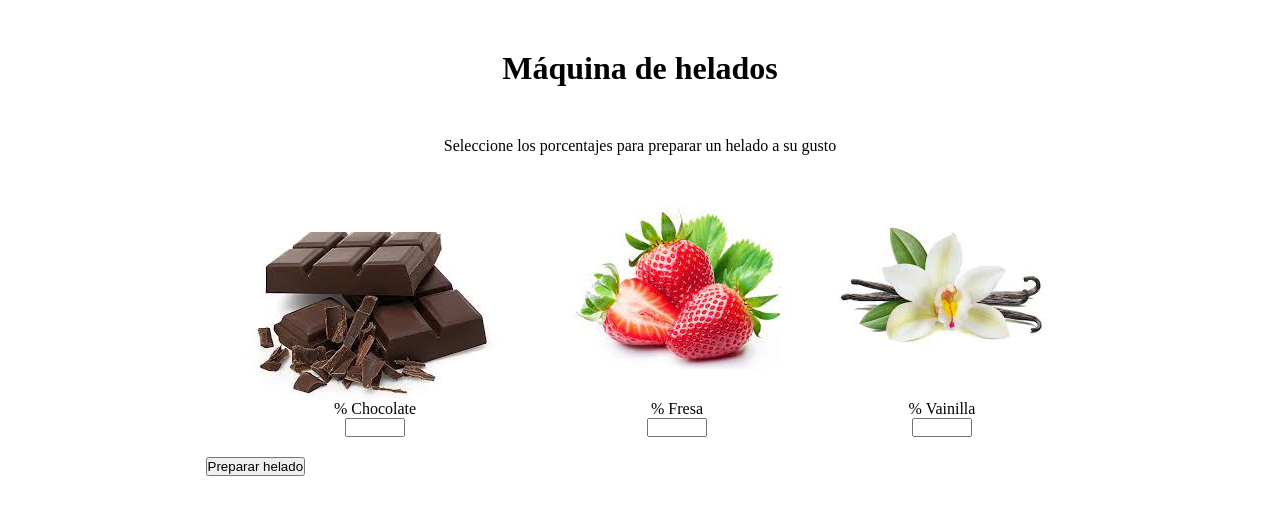
Repository: Ibizus/ejercicios_JSP
Page: http://localhost/ejercicios_Hector/ejercicio10/index.jsp
These files come from the project's save history. The page is drawn as it stood at one moment and after the next save; the edit follows.
The browser window is 1280 px wide. The pictures show the whole page.
The page is served by Tomcat 9.

Above is the page before, as saved 2023-11-16 19:03:12.

After the next save:
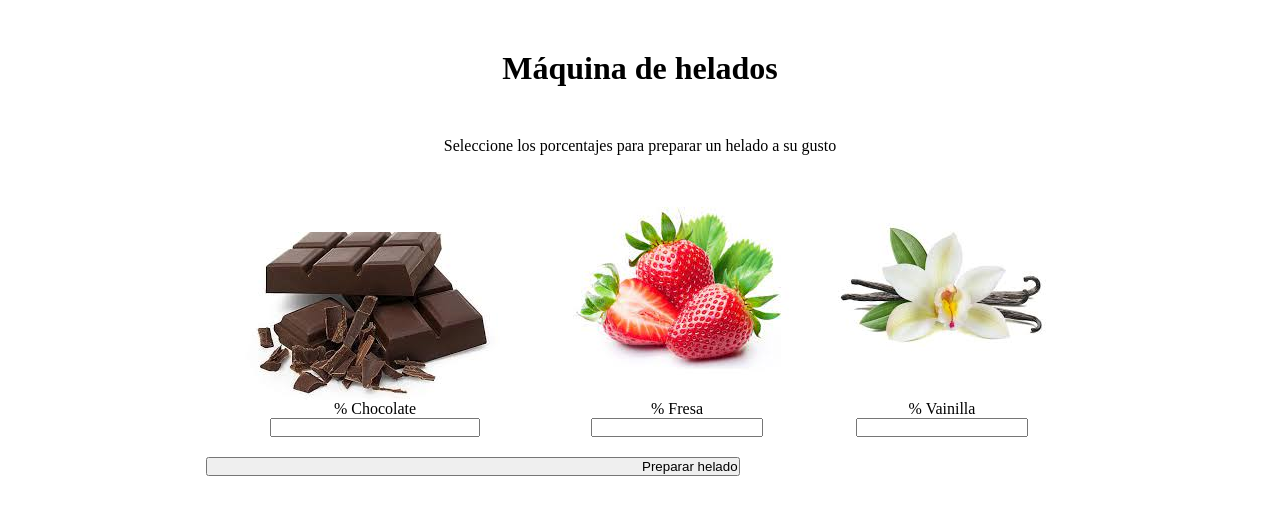
Saved 67 s later.
--- a/ejercicios_Hector/src/main/webapp/ejercicio10/css/style.css
+++ b/ejercicios_Hector/src/main/webapp/ejercicio10/css/style.css
@@ -38,3 +38,7 @@ article{
 
 	margin: 20px;
 }
+
+input{
+	padding-left: 50%;
+}
